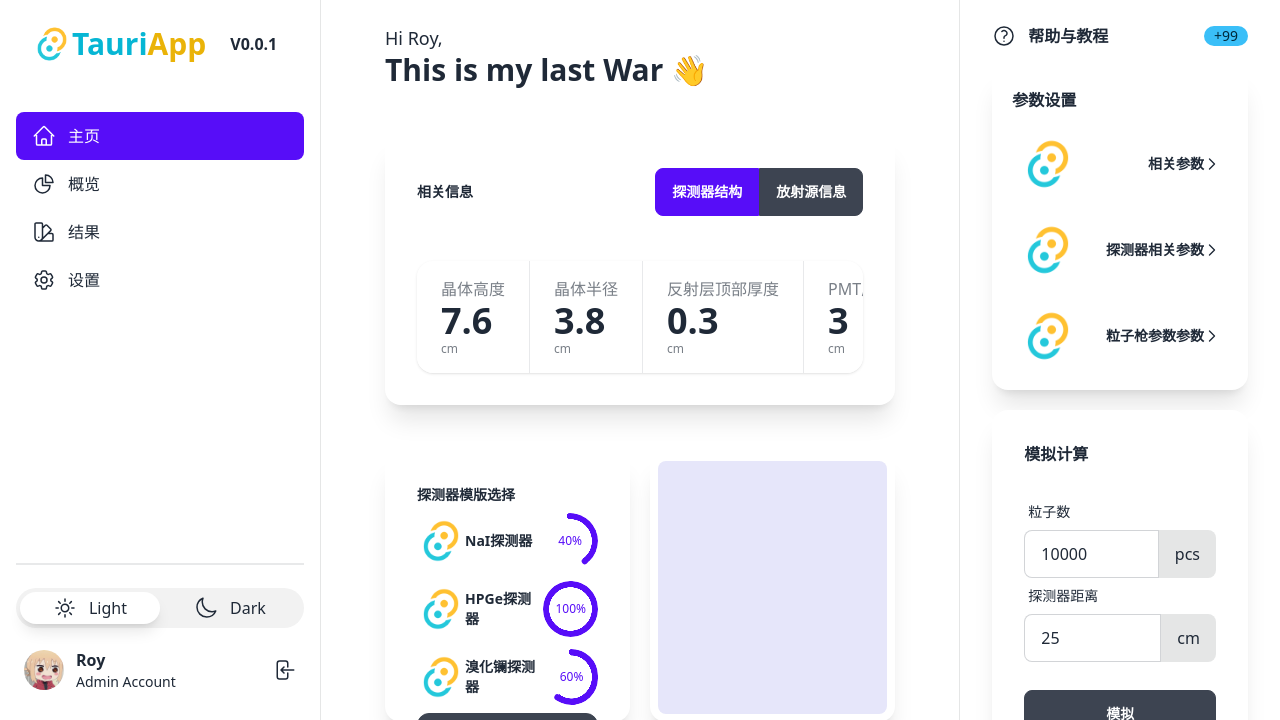
Repository: XMZOVO/tauri-geant4
Page: /
These files come from the project's save history. The page is drawn as it stood at one moment and after the next save; the edit follows.
The browser window is 1280 px wide. The pictures show the whole page.
The page's requests for data from a server got no answer. An inner scrolling area shows only its first screen. The project was rebuilt for these pictures with package versions that can differ from the ones it lists, and the page was loaded fresh each time. No one was signed in, and anything a server would have sent is missing. Also part of the build but not shown: vite.config.ts.

Above is the page before, as saved 2022-09-11 19:05:07.

### src/main.ts
import { createApp } from "vue";
import App from "./App.vue";
import "./index.css";
import { Router } from "./router";
import { createPinia } from "pinia";

const pinia = createPinia();

createApp(App).use(pinia).use(Router).mount("#app");

### src/router/index.ts
import { createRouter, createWebHistory } from "vue-router";

const routes = [
  {
    path: "",
    component: () => import("../components/MainWindow.vue"),
    children: [
      {
        path: "",
        component: () => import("../components/Home.vue"),
      },
      {
        path: "Setting",
        component: () => import("../components/Setting.vue"),
      },
      {
        path: "Results",
        component: () => import("../components/Results.vue"),
      },
      {
        path: "Overview",
        component: () => import("../components/Overview.vue"),
      },
      // {
      //   path: "Plan",
      //   component: () => import("../components/Plan.vue"),
      // },
    ],
  },
];

export const Router = createRouter({
  scrollBehavior: () => ({ left: 0, top: 0 }),
  history: createWebHistory(),
  routes,
});

### src/components/Home.vue
<script setup lang="ts">
import { ref, onMounted } from "vue";
import { invoke } from "@tauri-apps/api/tauri";
import { useRouter, onBeforeRouteLeave, onBeforeRouteUpdate } from "vue-router";
import path from "path";
import { exit } from "@tauri-apps/api/process";
import { fetch } from "@tauri-apps/api/http";

const router = useRouter();
const greetMsg = ref("");
const name = ref("");
let specFile = ref("");
let JSRootPath = ref("/JsRoot720/");

let detectorSrc = ref(
  JSRootPath.value +
    "index.htm?nobrowser&file=http://localhost:8080/file/G4Backend/build/rootFiles/test.root&item=Default;1&opt=ssao;transp60"
);

const parametersNames = ref([
  { name: "探测器结构", checked: true },
  { name: "放射源信息", checked: false },
]);
const selectedName = ref("钻井液性能");
const detectorProperties = ref([
  { name: "晶体高度", value: 7.6, unit: "cm" },
  { name: "晶体半径", value: 3.8, unit: "cm" },
  { name: "反射层顶部厚度", value: "0.3", unit: "cm" },
  { name: "PMT厚度", value: 3, unit: "cm" },
]);
const radioactiveProperties = ref([
  { name: "放射性同位素", value: "Co60", unit: "" },
  { name: "粒子数", value: 1000, unit: "" },
  { name: "3", value: 20, unit: "" },
  { name: "4", value: 0.02, unit: "" },
  { name: "5", value: 10, unit: "" },
]);
const detectorList = ref([
  { name: "NaI探测器", percent: 40 },
  { name: "HPGe探测器", percent: 100 },
  { name: "溴化镧探测器", percent: 60 },
]);
const paticleParameters = ref([
  { name: "粒子数", value: 10000, unit: "pcs" },
  { name: "探测器距离", value: 25, unit: "cm" },
]);
const btnWait = ref("");

async function greet() {
  greetMsg.value = await invoke("greet", { name: name.value });
}

onMounted(async () => {});

const parametersInfoChanged = (name: String) => {
  if (name == "探测器结构") {
    parametersNames.value[0].checked = true;
    parametersNames.value[1].checked = false;
  } else {
    parametersNames.value[0].checked = false;
    parametersNames.value[1].checked = true;
  }
};

const executeCalculate = async () => {
  if (paticleParameters.value[0].value > 10000000) {
    alert("粒子数过大");
    return;
  }
  btnWait.value = "loading";
  const response = await fetch("http://localhost:8080/g4", {
    method: "POST",
    query: {
      ch: detectorProperties.value[0].value.toString(),
      cr: detectorProperties.value[1].value.toString(),
      rtt: detectorProperties.value[2].value.toString(),
      num: paticleParameters.value[0].value.toString(),
    },
  }).then((res) => {
    btnWait.value = "";
    router.push({ path: "/Overview" });
  });
};

const refreshDetector = async () => {
  detectorSrc.value = " ";
  await fetch("http://localhost:8080/gdml", {
    method: "GET",
    query: {
      ch: detectorProperties.value[0].value.toString(),
      cr: detectorProperties.value[1].value.toString(),
      rtt: detectorProperties.value[2].value.toString(),
      pmt: detectorProperties.value[3].value.toString(),
    },
  }).then(() => {
    // let iframe: any = document.getElementById("iframe");
    // iframe.contentWindow.location.reload(true);
    detectorSrc.value =
      JSRootPath.value +
      "index.htm?nobrowser&file=http://localhost:8080/file/G4Backend/build/rootFiles/wtest.root&item=Default;1&opt=ssao;transp60";
  });
};

const exitApp = async () => {
  await exit(1);
};
</script>

<template>
  <!-- <div class="card">
    <input id="greet-input" v-model="name" placeholder="Enter a name..." />
    <button type="button" @click="greet()">Greet</button>
  </div>

  <p>{{ greetMsg }}</p> -->

  <div class="flex h-full w-full">
    <div class="w-2/3 space-y-12 border-r border-base-300 py-6 px-16">
      <div class="h-auto">
        <span class="block text-lg font-normal">Hi Roy,</span>
        <span class="block text-3xl font-bold"
          >This is my last War &#128075;</span
        >
      </div>
      <div class="card h-2/5 w-full shadow-xl">
        <div class="card-body justify-between">
          <div class="flex justify-between">
            <p class="card-title text-sm">相关信息</p>
            <!-- 选择框 -->
            <!-- <div class="form-control w-1/3 max-w-xs">
              <select
                class="select select-bordered focus:outline-none"
                @change="parametersInfoChanged($event)"
              >
                <option v-for="item in parametersNames">{{ item }}</option>
              </select>
            </div> -->
            <div class="btn-group">
              <input
                v-for="item in parametersNames"
                type="radio"
                name="options"
                :data-title="item.name"
                class="btn"
                :checked="item.checked"
                @change="parametersInfoChanged(item.name)"
              />
            </div>
          </div>
          <!-- 统计信息 -->
          <div
            class="stats stats-vertical overflow-hidden shadow lg:stats-horizontal"
          >
            <div
              class="stat"
              v-if="parametersNames[0].checked"
              v-for="item in detectorProperties"
            >
              <div class="stat-title">{{ item.name }}</div>
              <div class="stat-value">{{ item.value }}</div>
              <div class="stat-desc">{{ item.unit }}</div>
            </div>
            <div
              class="stat"
              v-if="parametersNames[1].checked"
              v-for="item in radioactiveProperties"
            >
              <div class="stat-title">{{ item.name }}</div>
              <div class="stat-value">{{ item.value }}</div>
              <div class="stat-desc">{{ item.unit }}</div>
            </div>
          </div>
        </div>
      </div>
      <!-- 底部双卡片 -->
      <div class="flex h-2/5 space-x-5">
        <!-- 1 -->
        <div class="card w-1/2 bg-base-100 shadow-xl">
          <div class="card-body">
            <p class="text-sm font-semibold">探测器模版选择</p>
            <!-- item -->
            <div class="flex flex-col gap-3">
              <div
                v-for="(item, index) in detectorList"
                class="flex items-center justify-evenly"
              >
                <img src="../assets/icon.png" class="h-12 w-12" />
                <p class="text-sm font-semibold">{{ item.name }}</p>
                <div
                  class="radial-progress text-xs text-primary"
                  :style="
                    '--value: ' +
                    item.percent +
                    '; --size: 3.5rem; --thickness: 6px'
                  "
                >
                  {{ item.percent }}%
                </div>
              </div>
            </div>
            <btn class="btn rounded-xl"> 更多模版</btn>
          </div>
        </div>
        <!-- 2 -->
        <div class="card w-1/2 bg-base-100 shadow-xl">
          <div class="card-body p-2">
            <iframe
              :src="detectorSrc"
              frameborder="0"
              class="h-full w-full rounded-lg"
            ></iframe>
            <!-- <div class="h-full w-full bg-black" id="drawing"></div> -->
          </div>
        </div>
      </div>
    </div>

    <!-- 右侧 -->
    <div class="w-1/3 flex-col space-y-5 px-8 pt-6">
      <!-- 帮助 -->
      <div class="flex items-center justify-between">
        <div class="flex items-center space-x-3">
          <svg
            xmlns="http://www.w3.org/2000/svg"
            fill="none"
            viewBox="0 0 24 24"
            stroke-width="1.5"
            stroke="currentColor"
            class="h-6 w-6"
          >
            <path
              stroke-linecap="round"
              stroke-linejoin="round"
              d="M9.879 7.519c1.171-1.025 3.071-1.025 4.242 0 1.172 1.025 1.172 2.687 0 3.712-.203.179-.43.326-.67.442-.745.361-1.45.999-1.45 1.827v.75M21 12a9 9 0 11-18 0 9 9 0 0118 0zm-9 5.25h.008v.008H12v-.008z"
            />
          </svg>
          <label class="font-bold">帮助与教程</label>
        </div>
        <div class="badge badge-info">+99</div>
      </div>
      <!-- 帮助 -->
      <!-- 卡1 -->
      <div class="flex space-x-5">
        <div class="card w-full overflow-visible bg-base-100 shadow-xl">
          <div class="card-body p-5">
            <div class="flex-col space-y-5">
              <p class="text-md font-bold">参数设置</p>

              <!-- 溢流物 -->
              <div class="dropdown-left dropdown w-full">
                <div
                  tabindex="0"
                  class="flex items-center justify-between rounded-xl px-2 py-1 duration-300 hover:cursor-pointer hover:bg-primary hover:text-base-100"
                >
                  <img src="../assets/icon.png" class="h-14 w-14 rounded-xl" />
                  <div class="flex items-center">
                    <p class="text-sm font-bold">相关参数</p>
                    <svg
                      xmlns="http://www.w3.org/2000/svg"
                      fill="none"
                      viewBox="0 0 24 24"
                      stroke-width="2"
                      stroke="currentColor"
                      class="h-4 w-4"
                    >
                      <path
                        stroke-linecap="round"
                        stroke-linejoin="round"
                        d="M8.25 4.5l7.5 7.5-7.5 7.5"
                      />
                    </svg>
                  </div>
                </div>
                <!-- 浮动窗口 -->
                <div
                  tabindex="0"
                  class="card dropdown-content rounded-box w-full bg-base-100 shadow"
                >
                  <div class="card-body space-y-3">
                    <p class="font-bold">设置相关参数</p>
                    <div
                      v-for="item in overflowParam"
                      class="flex items-center justify-between"
                    >
                      <p>{{ item.name }}</p>
                      <p class="font-bold text-primary">{{ item.percent }}%</p>
                      <input
                        type="range"
                        min="0"
                        max="100"
                        v-model="item.percent"
                        class="range range-xs w-1/2"
                        step="1"
                      />
                    </div>
                  </div>
                </div>
              </div>
              <!-- 溢流物 -->
              <!-- 钻井液 -->
              <div class="dropdown-left dropdown w-full">
                <div
                  tabindex="0"
                  class="flex items-center justify-between rounded-xl px-2 py-1 duration-300 hover:cursor-pointer hover:bg-primary hover:text-base-100"
                >
                  <img src="../assets/icon.png" class="h-14 w-14 rounded-xl" />
                  <div class="flex items-center">
                    <p class="text-sm font-bold">探测器相关参数</p>
                    <svg
                      xmlns="http://www.w3.org/2000/svg"
                      fill="none"
                      viewBox="0 0 24 24"
                      stroke-width="2"
                      stroke="currentColor"
                      class="h-4 w-4"
                    >
                      <path
                        stroke-linecap="round"
                        stroke-linejoin="round"
                        d="M8.25 4.5l7.5 7.5-7.5 7.5"
                      />
                    </svg>
                  </div>
                </div>
                <!-- 浮动窗口 -->
                <div
                  tabindex="0"
                  class="card dropdown-content rounded-box w-96 bg-base-100 shadow"
                >
                  <div class="card-body space-y-1">
                    <div class="flex items-center">
                      <p class="font-bold">设置探测器参数</p>
                      <button class="btn btn-xs" @click="refreshDetector">
                        刷新探测器模型
                      </button>
                    </div>
                    <div
                      v-for="item in detectorProperties"
                      class="form-control"
                    >
                      <label class="label">
                        <span class="label-text">{{ item.name }}</span>
                      </label>
                      <label class="input-group">
                        <input
                          type="text"
                          v-model="item.value"
                          class="input input-bordered w-3/4 focus:outline-none"
                        />
                        <span class="w-1/4">{{ item.unit }}</span>
                      </label>
                    </div>
                  </div>
                </div>
              </div>
              <!-- 钻井液 -->
              <!-- 节流压 -->
              <div class="dropdown-left dropdown w-full">
                <div
                  tabindex="0"
                  class="flex items-center justify-between rounded-xl px-2 py-1 duration-300 hover:cursor-pointer hover:bg-primary hover:text-base-100"
                >
                  <img src="../assets/icon.png" class="h-14 w-14 rounded-xl" />
                  <div class="flex items-center">
                    <p class="text-sm font-bold">粒子枪参数参数</p>
                    <svg
                      xmlns="http://www.w3.org/2000/svg"
                      fill="none"
                      viewBox="0 0 24 24"
                      stroke-width="2"
                      stroke="currentColor"
                      class="h-4 w-4"
                    >
                      <path
                        stroke-linecap="round"
                        stroke-linejoin="round"
                        d="M8.25 4.5l7.5 7.5-7.5 7.5"
                      />
                    </svg>
                  </div>
                </div>
                <!-- 浮动窗口 -->
                <div
                  tabindex="0"
                  class="card dropdown-content rounded-box w-96 bg-base-100 shadow"
                >
                  <div class="card-body space-y-3">
                    <p class="font-bold">设置粒子枪参数</p>
                    <div
                      v-for="item in radioactiveProperties"
                      class="form-control"
                    >
                      <label class="label">
                        <span class="label-text">{{ item.name }}</span>
                      </label>
                      <label class="input-group">
                        <input
                          type="text"
                          v-model="item.value"
                          class="input input-bordered w-3/4 focus:outline-none"
                        />
                        <span class="w-1/4">{{ item.unit }}</span>
                      </label>
                    </div>
                  </div>
                </div>
              </div>
              <!-- 节流压 -->
            </div>
          </div>
        </div>
      </div>
      <!-- 卡2 -->
      <div class="flex space-x-5">
        <div class="card w-full bg-base-100 shadow-xl">
          <div class="card-body space-y-5">
            <p class="text-md font-bold">模拟计算</p>
            <div>
              <div v-for="item in paticleParameters" class="form-control">
                <label class="label">
                  <span class="label-text">{{ item.name }}</span>
                </label>
                <label class="input-group">
                  <input
                    type="text"
                    placeholder="0.01"
                    v-model="item.value"
                    class="input input-bordered w-full focus:outline-none"
                  />
                  <span>{{ item.unit }}</span>
                </label>
              </div>
            </div>
            <!-- 计算 -->
            <button :class="'btn w-full ' + btnWait" @click="executeCalculate">
              模拟
            </button>
          </div>
        </div>
      </div>
    </div>
  </div>
</template>

<style scoped></style>

Loaded but not shown: index.html (common file); src/App.vue (common file); src/index.css (common file); tailwind.config.cjs (common file); public/JsRoot720/modules/d3.mjs (library); public/JsRoot720/modules/gui/HierarchyPainter.mjs (library); public/JsRoot720/modules/io.mjs (3859 lines, source omitted); public/JsRoot720/modules/gpad/TFramePainter.mjs (2781 lines, source omitted); public/JsRoot720/modules/gpad/TPadPainter.mjs (2078 lines, source omitted); public/JsRoot720/modules/gui/menu.mjs (1573 lines, source omitted); public/JsRoot720/modules/core.mjs (1681 lines, source omitted); public/JsRoot720/modules/gui/display.mjs (1711 lines, source omitted); public/JsRoot720/modules/base/ObjectPainter.mjs (1608 lines, source omitted); public/JsRoot720/modules/base/math.mjs (2061 lines, source omitted); public/JsRoot720/modules/gpad/TAxisPainter.mjs (1330 lines, source omitted); public/JsRoot720/modules/hist/TPavePainter.mjs (1257 lines, source omitted); public/JsRoot720/modules/base/latex.mjs (1324 lines, source omitted); public/JsRoot720/modules/draw.mjs (618 lines, source omitted); public/JsRoot720/modules/gui/utils.mjs (511 lines, source omitted); public/JsRoot720/modules/gpad/TCanvasPainter.mjs (756 lines, source omitted); public/JsRoot720/modules/base/BasePainter.mjs (670 lines, source omitted); public/JsRoot720/modules/base/TAttFillHandler.mjs (343 lines, source omitted); public/JsRoot720/modules/base/TAttMarkerHandler.mjs (292 lines, source omitted); public/JsRoot720/modules/gui.mjs (206 lines, source omitted); public/JsRoot720/modules/base/colors.mjs (172 lines, source omitted); public/JsRoot720/modules/base/TAttLineHandler.mjs (166 lines, source omitted); public/JsRoot720/modules/base/FontHandler.mjs (139 lines, source omitted); src/components/MainWindow.vue (303 lines, source omitted)

After the next save:
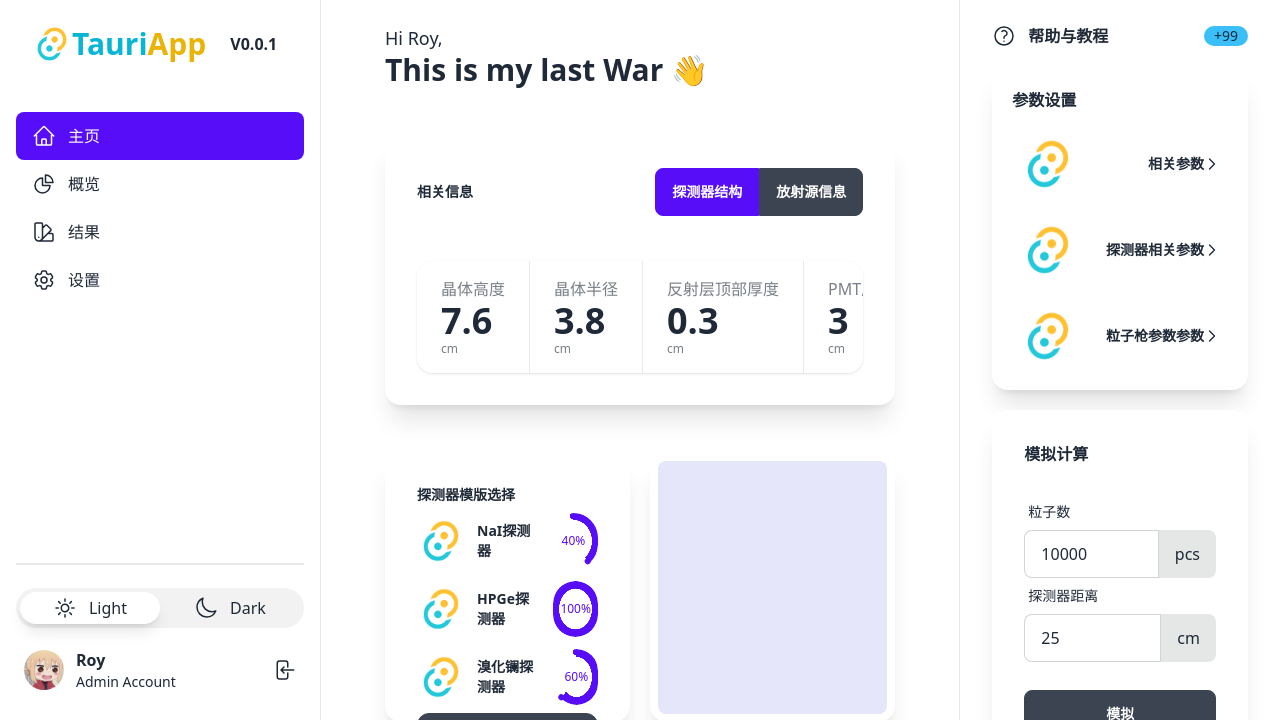
Saved 39 s later.
--- a/src/components/Home.vue
+++ b/src/components/Home.vue
@@ -182,7 +182,7 @@ const exitApp = async () => {
             <div class="flex flex-col gap-3">
               <div
                 v-for="(item, index) in detectorList"
-                class="flex items-center justify-evenly"
+                class="flex items-center gap-3"
               >
                 <img src="../assets/icon.png" class="h-12 w-12" />
                 <p class="text-sm font-semibold">{{ item.name }}</p>
